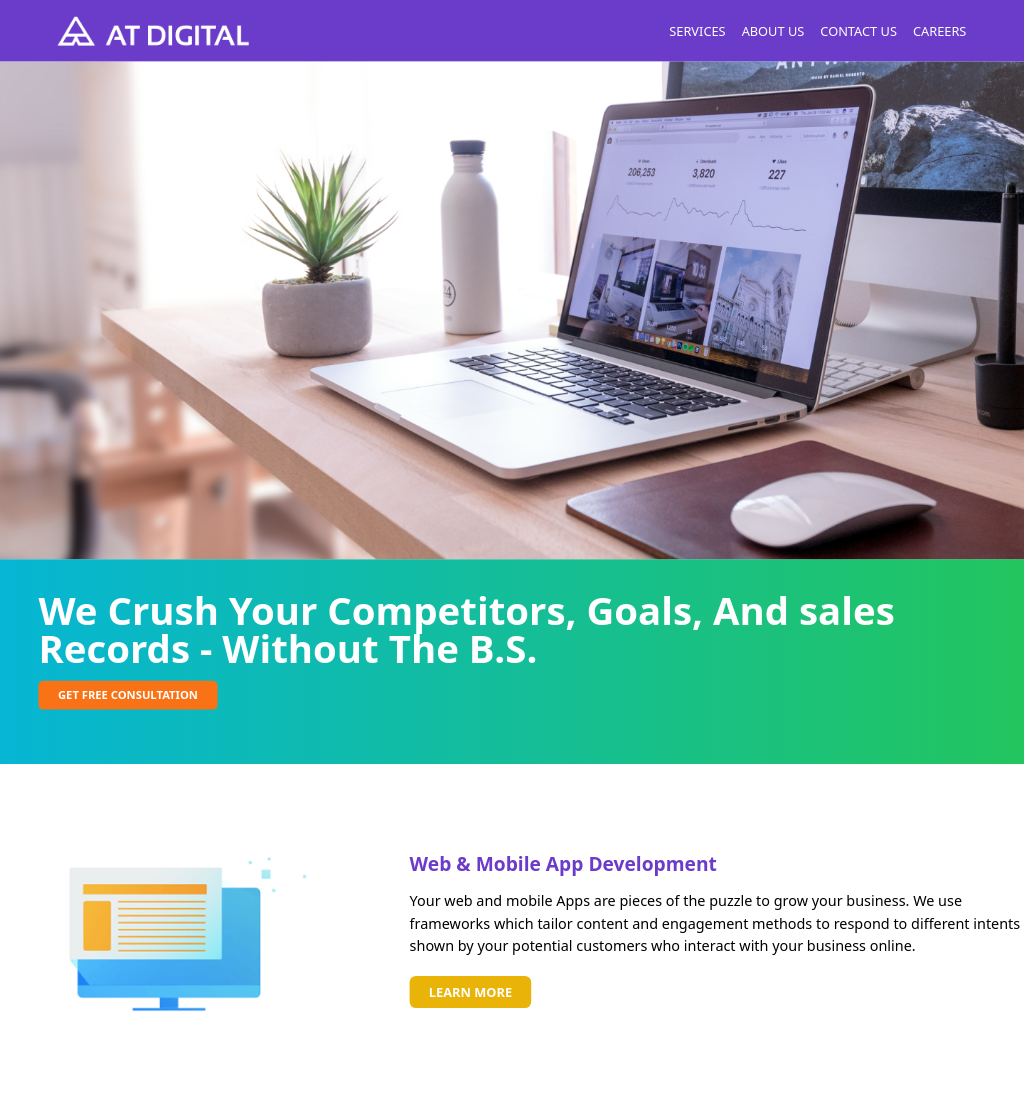
Repository: Milith97/AT-Digital-Website
Page: /
The author's editor kept a copy of each file at every save. The page is drawn from the files as they stood at one save, then again after the next save.
The browser window is 1280 px wide. The pictures show the whole page, at 80% of full size.
The project was rebuilt for these pictures with package versions that can differ from the ones it lists, and the page was loaded fresh each time. Also part of the build but not shown: vite.config.js.

Above is the page before, as saved 2024-04-06 22:22:13.

### src/App.jsx
// App.js or your main component file
import React from 'react';
import NavBar from './Components/NavBar';
import HomePage from './Components/HomePage';
import Servicers from './Components/Servicers'

function App() {
  return (
    <div className="App">
      <NavBar />
      <HomePage />
      <Servicers/>
    </div>
  );
}

export default App;

### src/Components/NavBar.jsx
import React, { useState } from 'react';
import Logo from '../assets/Img/Logo.png';

const NavBar = () => {
    const [isOpen, setIsOpen] = useState(false);

    return (
        <nav className="bg-[#6B3CC9]">
            <div className="max-w-1440px max-h-20 xl:px-16 md:px-7 sm:px-11 max-lg:mx-6">
                <div className="flex justify-between">
                    <div>
                        <a href="#" className={`flex items-center py-5 sm:px-2 ${isOpen ? 'hidden' : 'flex'}`}>
                            <img src={Logo} alt="Logo" />
                        </a>
                    </div>
                    <div className={`hidden md:flex font-medium text-white items-center space-x-1 ${isOpen ? 'flex' : 'hidden'}`}>
                        <a href="#" className="py-5 px-2 ">SERVICES</a>
                        <a href="#" className="py-5 px-2 ">ABOUT US</a>
                        <a href="#" className="py-5 px-2 ">CONTACT US</a>
                        <a href="#" className="py-5 px-2 ">CAREERS</a>
                    </div>
                    <div className="md:hidden flex items-center ">
                        <button onClick={() => setIsOpen(!isOpen)} className="text-white focus:outline-none">
                            {!isOpen ? (
                                <svg className="h-14 w-10" stroke="white" viewBox="0 0 24 24" >
                                    <path strokeLinecap="round" strokeLinejoin="round" strokeWidth="3" d="M4 6h16M4 12h16M4 18h16" />
                                </svg>
                            ) : (
                                <svg className="h-12 w-8" stroke="black" viewBox="0 0 24 24" >
                                    <path strokeLinecap="round" strokeLinejoin="round" strokeWidth="3" d="M6 18L18 6M6 6l12 12" />
                                </svg>
                            )}
                        </button>
                    </div>
                </div>
            </div>
            <div className={`${isOpen ? 'block' : 'hidden'} md:hidden`}>
                <div className="bg-white">
                    <a href="#" className="block py-2 px-4 text-sm text-black-500 ">HOME</a>
                    <a href="#" className="block py-2 px-4 text-sm text-black-500">SERVICES</a>
                    <a href="#" className="block py-2 px-4 text-sm text-black-500">ABOUT US</a>
                    <a href="#" className="block py-2 px-4 text-sm text-black-500">CONTACT US</a>
                    <a href="#" className="block py-2 px-4 text-sm text-black-500">CAREERS</a>
                </div>
            </div>
        </nav>
    );
};

export default NavBar;

### src/Components/HomePage.jsx
import React from 'react';
import backgroundImage from '../assets/Img/Home.png';

const HomePage = () => {
    return (
        <div className=''>
            <div>
                <img src={backgroundImage} alt="Home Image" />
            </div>
            <div className='h-64 max-w-full bg-gradient-to-r from-cyan-500 to-green-500 '>
                <div className='text-lg py-6 px-12 '>
                    <p className='font-bold text-5xl text-white py-4'>We Crush Your Competitors, Goals, And sales Records - Without The B.S.</p>
                    <div className=''>
                        <button className='bg-orange-500 text-white font-bold text-sm h-9 w-56 rounded-md'>GET FREE CONSULTATION</button>
                    </div>
                </div>
            </div>
        </div>
    );
};

export default HomePage;

### src/Components/Servicers.jsx
import React from 'react';
import Service1 from '../assets/Img/Service1.png';
const Servicers = () => {
    return (
        <div className="flex flex-col md:flex-row items-center justify-center">
            <div className=" lg:w-2/5 flex-shrink-0 mb-6 md:mb-0 mr-0 md:mr-0">
                <img src={Service1} alt="Service Image" className="xl:w-350px xl:h-350px object-cover" />
            </div>

            {/* Right Side (Content) */}
            <div className="lg:w-3/5">
                <h2 className="sm:text-3xl md:text-2xl lg:text-3xl xl:text-2xl 2xl:text:4xl  font-bold mb-4 text-[#6B3CC9]">Web & Mobile App Development</h2>
                <p className=" sm:text-xl md:text-lg lg:text-lg xl:text-lg 2xl:text-xl font-normal  mb-6 ">Your web and mobile Apps are pieces of the puzzle to grow your business. We use frameworks which tailor content and engagement methods to respond to different intents shown by your potential customers who interact with your business online.</p>
                <button className="bg-yellow-500 text-white font-bold py-2 px-6 rounded-lg hover:bg-yellow-600 transition-colors">LEARN MORE</button>
            </div>
        </div>
    );
};

export default Servicers;

Loaded but not shown: index.html (common file); src/main.jsx (common file); src/index.css (common file); tailwind.config.js (common file)

After the next save:
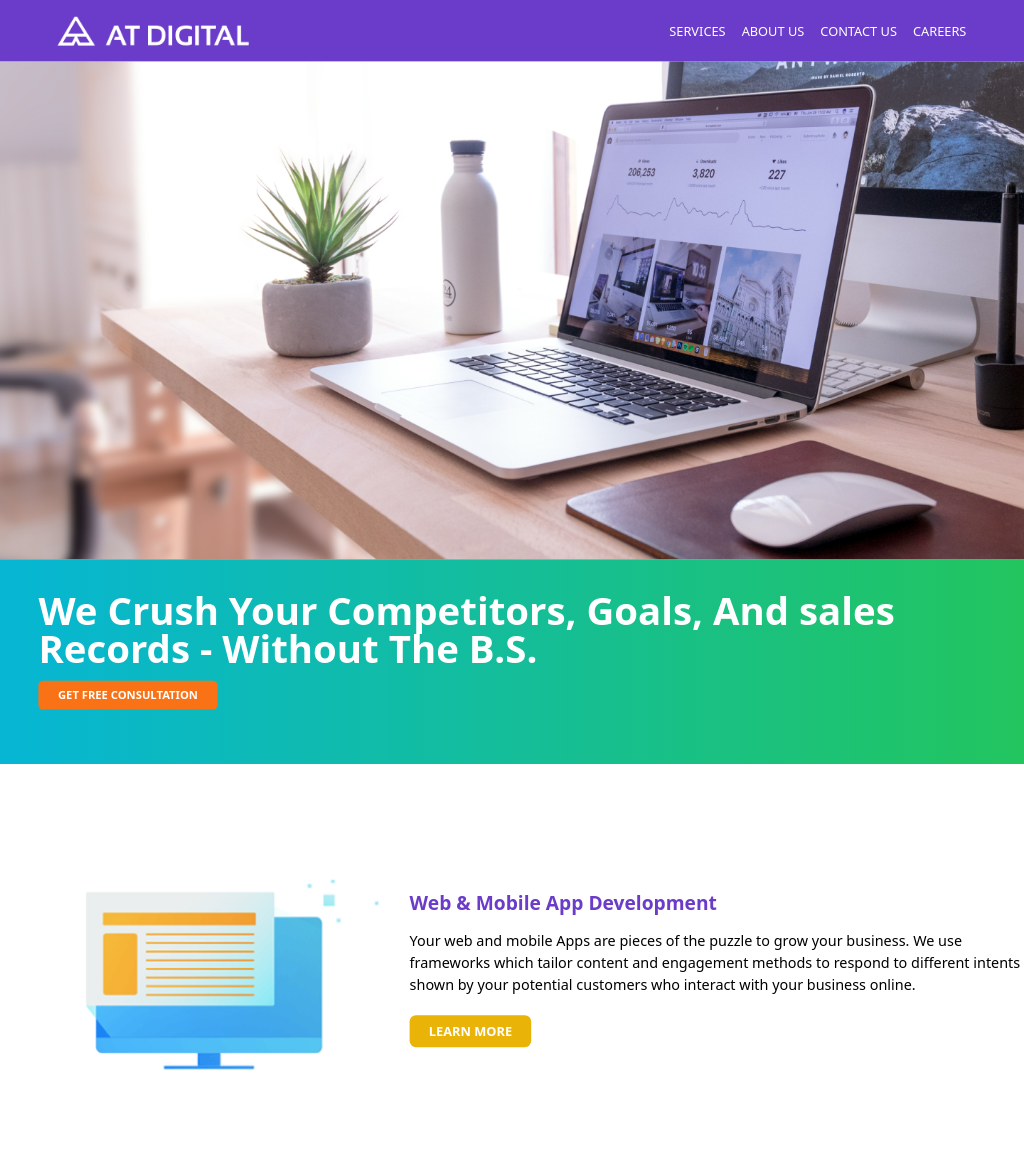
Saved 28 s later.
--- a/src/Components/Servicers.jsx
+++ b/src/Components/Servicers.jsx
@@ -4,7 +4,7 @@ const Servicers = () => {
     return (
         <div className="flex flex-col md:flex-row items-center justify-center">
             <div className=" lg:w-2/5 flex-shrink-0 mb-6 md:mb-0 mr-0 md:mr-0">
-                <img src={Service1} alt="Service Image" className="xl:w-350px xl:h-350px object-cover" />
+                <img src={Service1} alt="Service Image" className="xl:w-full xl:h-full object-cover" />
             </div>
 
             {/* Right Side (Content) */}
